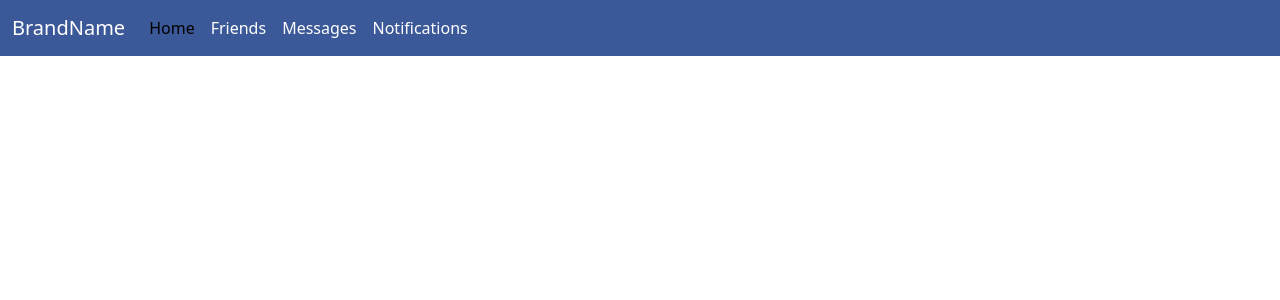
Repository: BoguszKonrady/FORUM
Page: http://localhost/app/views/layout/navbar.php
These files come from the project's save history. The page is drawn as it stood at one moment and after the next save; the edit follows.
The browser window is 1280 px wide. The pictures show the whole page.
The page is run by PHP 8.4 with error messages shown; the project is at /var/www/html/.

Above is the page before, as saved 2024-06-06 20:56:15.

After the next save:
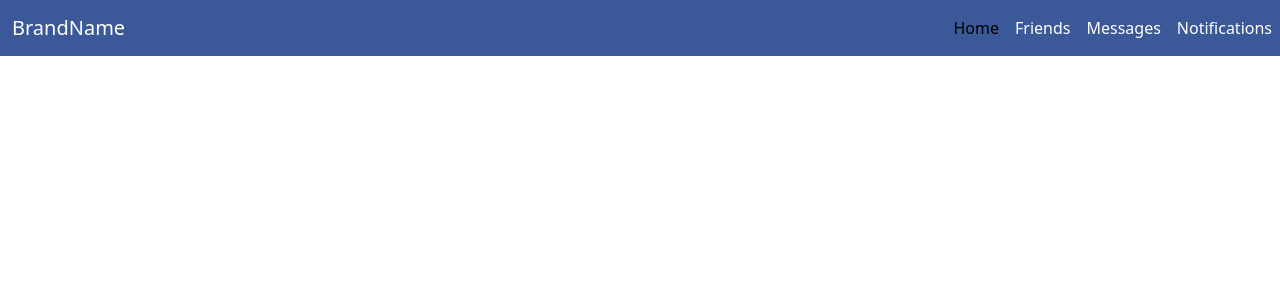
Saved 12 s later.
--- a/app/views/layout/navbar.php
+++ b/app/views/layout/navbar.php
@@ -30,7 +30,9 @@
         <button class="navbar-toggler" type="button" data-bs-toggle="collapse" data-bs-target="#navbarNav" aria-controls="navbarNav" aria-expanded="false" aria-label="Toggle navigation">
             <span class="navbar-toggler-icon"></span>
         </button>
-        <div class="collapse navbar-collapse justify-content-center" id="navbarNav">
+
+    </div>
+    <div class="collapse navbar-collapse justify-content-center" id="navbarNav">
             <ul class="navbar-nav me-auto mb-2 mb-lg-0 d-flex justify-content-center">
                 <li class="nav-item">
                     <a class="nav-link active" aria-current="page" href="#">Home</a>
@@ -46,7 +48,6 @@
                 </li>
             </ul>
         </div>
-    </div>
 </nav>
 
 <script src="https://cdn.jsdelivr.net/npm/bootstrap@5.3.0/dist/js/bootstrap.bundle.min.js"></script>
